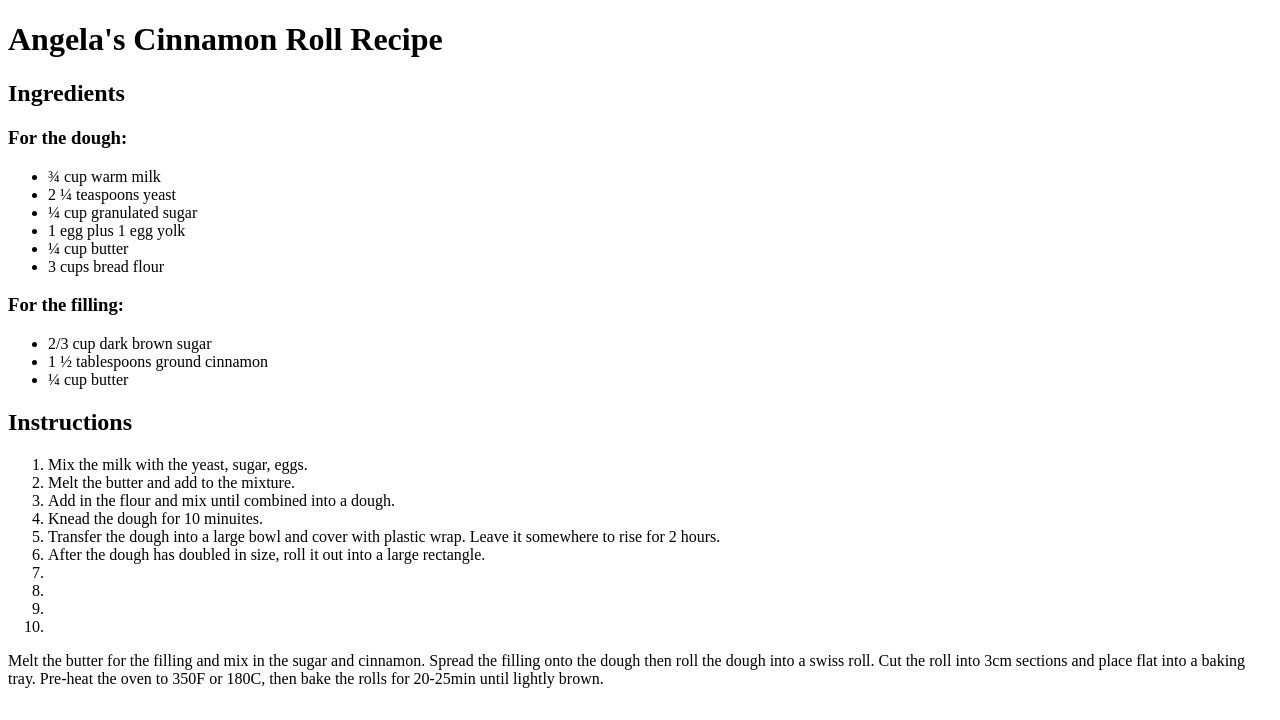
Repository: arzeee/Web_Course
Page: 3.0+List+Elements/3.0 List Elements/index.html
The author's editor kept a copy of each file at every save. The page is drawn from the files as they stood at one save, then again after a run of saves.
The browser window is 1280 px wide. The pictures show the whole page.

Above is the page before, as saved 2024-12-01 17:54:20.

After the next 4 saves:
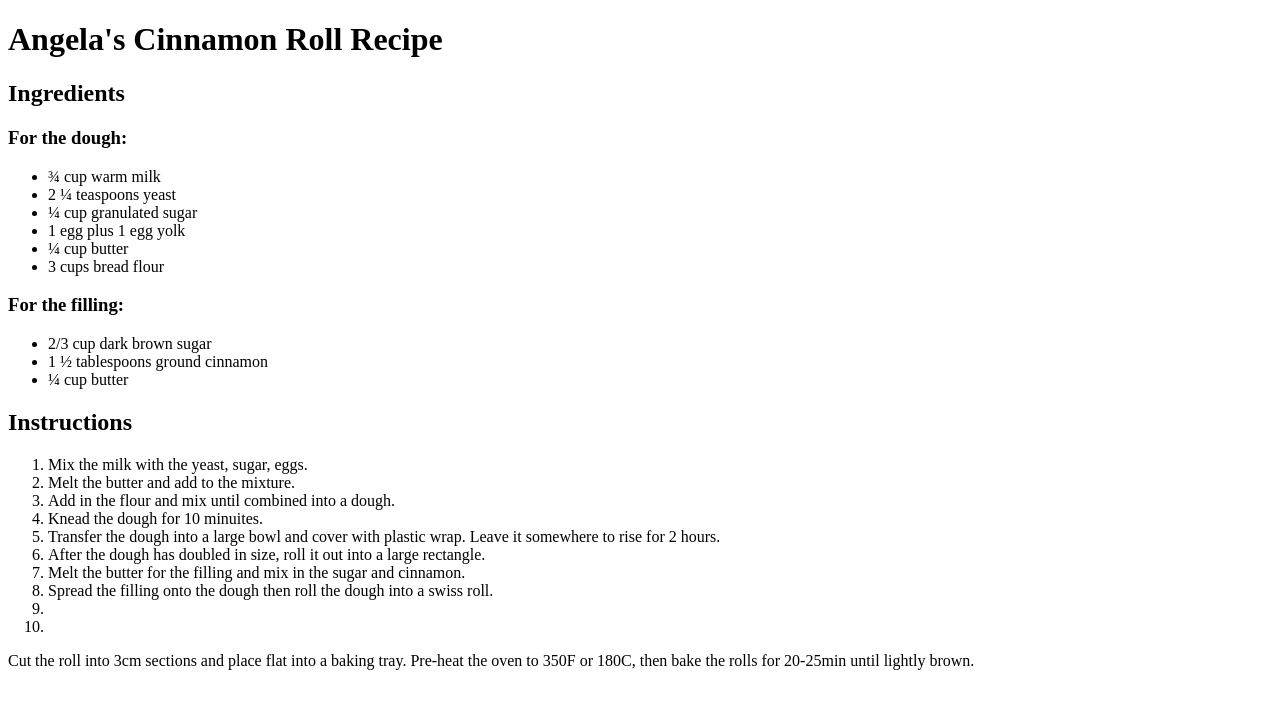
The 4 saves are shown as one change because they came seconds apart.
The last was saved 12 s later.
--- a/3.0+List+Elements/3.0 List Elements/index.html
+++ b/3.0+List+Elements/3.0 List Elements/index.html
@@ -35,8 +35,8 @@
         <li>Knead the dough for 10 minuites. </li>
         <li>Transfer the dough into a large bowl and cover with plastic wrap. Leave it somewhere to rise for 2 hours.</li>
         <li>After the dough has doubled in size, roll it out into a large rectangle. </li>
-        <li></li>
-        <li></li>
+        <li>Melt the butter for the filling and mix in the sugar and cinnamon.</li>
+        <li>Spread the filling onto the dough then roll the dough into a swiss roll. </li>
         <li></li>
         <li></li>
     </ol>
@@ -47,7 +47,7 @@
 
 
 
-Melt the butter for the filling and mix in the sugar and cinnamon.
-Spread the filling onto the dough then roll the dough into a swiss roll.
+
+
 Cut the roll into 3cm sections and place flat into a baking tray.
 Pre-heat the oven to 350F or 180C, then bake the rolls for 20-25min until lightly brown.
